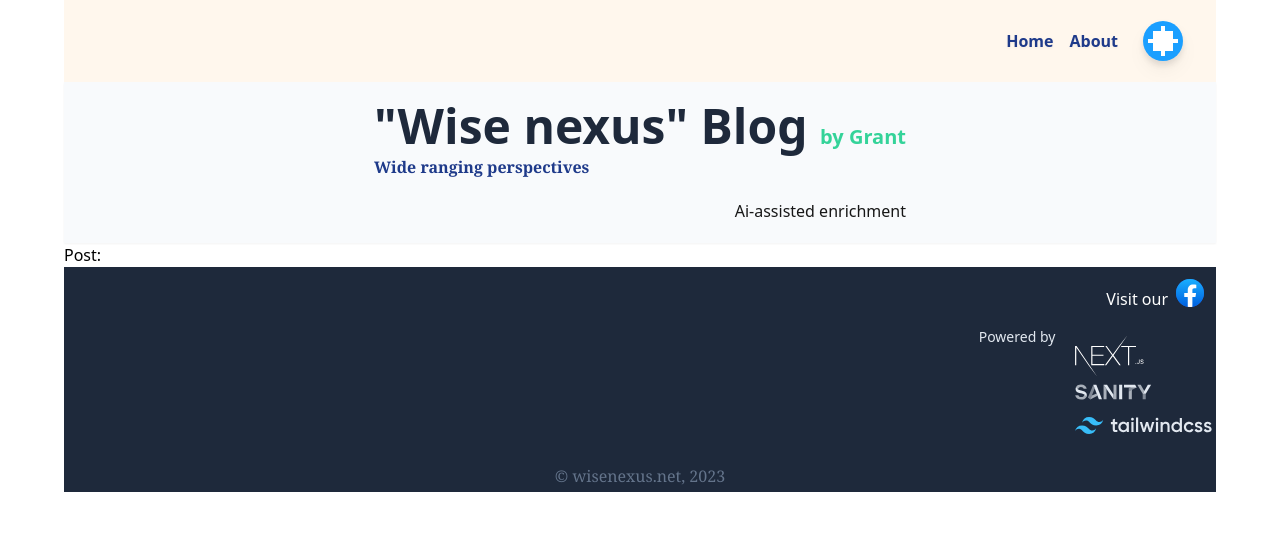
Repository: gpgundersen/sanity3-nextjs13-blog
Page: /post
The author's editor kept a copy of each file at every save. The page is drawn from the files as they stood at one save, then again after the next save.
The browser window is 1280 px wide. The pictures show the whole page.
The project was rebuilt for these pictures with package versions that can differ from the ones it lists, and the page was loaded fresh each time. The framework's server and built-in components were replaced by stand-ins that run in the browser. Also part of the build but not shown: next.config.js.

Above is the page before, as saved 2023-02-05 21:01:42.

### app/(user)/layout.tsx
import Header from "../../components/Header"
import Banner from "../../components/Banner"
import Footer from "../../components/Footer"
import "../../styles/globals.css";

export default function RootLayout({
  children,
}: {
  children: React.ReactNode
}): JSX.Element {
  return (
    <html>
      <head />
      <body className="max-w-6xl mx-auto">
        <Header />
        <Banner />
        {children}
        <Footer />
        </body>
    </html>
  )
}

### app/(user)/post/page.tsx
import { client } from "../../../lib/sanity.client"

type Props = {
    params: {
        slug: string;
    };
};

function Post({params:
    { slug } }: Props) {
        return <div>Post: {slug}</div>;
    }


export default Post;

### components/Header.tsx
import NexusLogo from "./NexusLogo"
import Link from "next/link"

function Header() {
    return (
        <header className="flex items-center justify-end space-x-1 font-bold px-7 py-4 bg-orange-50">
            <div className="flex items-center justify-end space-x-4 mx-4 text-blue-900 drop-shadow-sm">
            <div className="hover:text-blue-500"><Link href="/">Home</Link></div>
            <div className="hover:text-blue-500"><Link href="/about/wise-phil">About</Link></div>
            </div>
            <div className="drop-shadow-lg">
               <NexusLogo />
            </div>
        </header>
    )
}

export default Header

### components/Banner.tsx
function Banner() {
    return <div className="flex flex-wrap justify-around space-x-1 font-bold px-3 py-4 bg-slate-50 shadow-sm">
        <div className="p-1">
            <h1 className="text-justify text-5xl text-slate-800">"Wise nexus" Blog <span className=" text-xl text-emerald-400">by Grant</span></h1>
            <h2 className="mt-4 md:mt-1 text-blue-900 font-serif">Wide ranging perspectives</h2>
            <div className="flex justify-end">
            <p className="text-end mt-5 text-neutral-900 font-thin">Ai-assisted enrichment</p>
            </div>
        </div>
        </div>

}

export default Banner

### components/Footer.tsx
import FbIcon from "./FbIcon"
import NextJsIcon from "./NextJsIcon"
import SanityIcon from "./SanityIcon"
import TailwindIcon from "./TailwindIcon"

function Footer() {
    return <div className="bg-slate-800 text-slate-200">
      <div className="container flex flex-col p-1">
        <div className="flex justify-end p-2 mr-7ver">
            <p className="text-white m-2 font-light">Visit our</p><FbIcon />
        </div>
        <div className="flex flex-wrap justify-end space-x-5 space-y-2">
          <p className="text-sm">Powered by</p>
          <ul>
            <li><NextJsIcon /></li>
            <li><SanityIcon /></li>
            <li className="mt-2.5"><TailwindIcon /></li>
          </ul>
          </div>
       <h6 className="font-serif text-slate-500 text-center mt-6">© wisenexus.net, 2023</h6>
      </div>
    </div>
}

export default Footer

### components/NexusLogo.tsx
function NexusLogo(props: any) {
    const {renderDefault, title} = props;
    return <div className="flex items-center space-x-2">
        <svg width="50" height="50" viewBox="0 0 50 50">
            <circle cx="25" cy="25" r="20" fill="#1B9FFF"/>
            <rect x="15" y="15" width="20" height="20" fill="white"/>
            <path d="M 25 10 L 25 40" stroke="white" strokeWidth="4"/>
            <path d="M 10 25 L 40 25" stroke="white" strokeWidth="4"/>
        </svg>
        {renderDefault && <>{renderDefault(props)}</>}
    </div>;
}

export default NexusLogo

### components/FbIcon.tsx
function FbIcon() {
    return <button className="bg-blue-600 rounded-full w-7 h-full">
      <a target="_blank" href="https://www.facebook.com/wise.nexus" rel="noopener noreferrer">
        <svg className="fill-white" xmlns="http://www.w3.org/2000/svg" viewBox="0 0 40 40">
          <linearGradient xmlns="http://www.w3.org/2000/svg" id="a" x1="-277.375" x2="-277.375" y1="406.6018" y2="407.5726" gradientTransform="matrix(40 0 0 -39.7778 11115.001 16212.334)" gradientUnits="userSpaceOnUse">
            <stop offset="0" stopColor="#0062e0"/>
            <stop offset="1" stopColor="#19afff"/>
          </linearGradient>
            <path xmlns="http://www.w3.org/2000/svg" fill="url(#a)" d="M16.7 39.8C7.2 38.1 0 29.9 0 20 0 9 9 0 20 0s20 9 20 20c0 9.9-7.2 18.1-16.7 19.8l-1.1-.9h-4.4l-1.1.9z"/>
            <path xmlns="http://www.w3.org/2000/svg" fill="#fff" d="m27.8 25.6.9-5.6h-5.3v-3.9c0-1.6.6-2.8 3-2.8H29V8.2c-1.4-.2-3-.4-4.4-.4-4.6 0-7.8 2.8-7.8 7.8V20h-5v5.6h5v14.1c1.1.2 2.2.3 3.3.3 1.1 0 2.2-.1 3.3-.3V25.6h4.4z"/>
        </svg>
      </a>
    </button>
}

export default FbIcon

### components/NextJsIcon.tsx
function NextJsIcon() {
    return <button className="">
        <a target="_blank" href="https://nextjs.org/" rel="noopener noreferrer">
            <svg xmlns="http://www.w3.org/2000/svg" width="68.7px" height="41.35px" viewBox="0 0 207 124" fill="white">
            <path d="M48.9421964,32.6320058 L87.9011585,32.6320058 L87.9011585,35.7136421 L52.5134345,35.7136421 L52.5134345,58.9070103 L85.7908813,58.9070103 L85.7908813,61.9886466 L52.5134345,61.9886466 L52.5134345,87.4526941 L88.306981,87.4526941 L88.306981,90.5343303 L48.9421964,90.5343303 L48.9421964,32.6320058 Z M91.3912326,32.6320058 L95.5306221,32.6320058 L113.8738,58.0960534 L132.622801,32.6320058 L158.124498,0.286809811 L116.22757,60.7722112 L137.817329,90.5343303 L133.51561,90.5343303 L113.8738,63.4483691 L94.1508254,90.5343303 L89.9302715,90.5343303 L111.682358,60.7722112 L91.3912326,32.6320058 Z M139.359455,35.713642 L139.359455,32.6320058 L183.756439,32.6320058 L183.756439,35.7136421 L163.302983,35.7136421 L163.302983,90.5343303 L159.731745,90.5343303 L159.731745,35.7136421 L139.359455,35.713642 Z"/>
            <polygon points="0.202923647 32.6320058 4.66697141 32.6320058 66.2235778 124.303087 40.785176 90.5343303 3.93649086 37.0111732 3.77416185 90.5343303 0.202923647 90.5343303"/>
            <path d="M183.396622,86.5227221 C184.134938,86.5227221 184.673474,85.9601075 184.673474,85.233037 C184.673474,84.5059658 184.134938,83.9433513 183.396622,83.9433513 C182.666993,83.9433513 182.11977,84.5059658 182.11977,85.233037 C182.11977,85.9601075 182.666993,86.5227221 183.396622,86.5227221 Z M186.905793,83.1297235 C186.905793,85.2763149 188.460599,86.678523 190.727662,86.678523 C193.142388,86.678523 194.601647,85.233037 194.601647,82.7229099 L194.601647,73.8855335 L192.655968,73.8855335 L192.655968,82.7142542 C192.655968,84.1078073 191.952397,84.8521899 190.710289,84.8521899 C189.598473,84.8521899 188.842785,84.1597409 188.816727,83.1297235 L186.905793,83.1297235 Z M197.146664,83.0172011 C197.285642,85.2503478 199.153145,86.678523 201.932686,86.678523 C204.903321,86.678523 206.762139,85.1811034 206.762139,82.792155 C206.762139,80.9138876 205.702439,79.8752151 203.131364,79.2779777 L201.750279,78.9404092 C200.117298,78.5595622 199.457158,78.0488813 199.457158,77.1573541 C199.457158,76.0321243 200.482113,75.296398 202.019547,75.296398 C203.478806,75.296398 204.48639,76.0148135 204.668797,77.1660091 L206.562359,77.1660091 C206.44944,75.0626962 204.590622,73.5825873 202.045605,73.5825873 C199.309495,73.5825873 197.48542,75.0626962 197.48542,77.2871878 C197.48542,79.1221767 198.519063,80.2127835 200.786126,80.7407758 L202.401734,81.1302779 C204.060773,81.5197807 204.790402,82.091051 204.790402,83.0431676 C204.790402,84.1510859 203.643842,84.9560573 202.08035,84.9560573 C200.403939,84.9560573 199.240006,84.2030196 199.074971,83.0172011 L197.146664,83.0172011 Z"/>
            </svg>
        </a>
    </button>
}

export default NextJsIcon

### components/SanityIcon.tsx
function SanityIcon () {
    return <button className="">
        <a target="_blank" href="https://www.sanity.io/" rel="noopener noreferrer">
        <svg viewBox="0 0 105 22" fill="none" xmlns="http://www.w3.org/2000/svg" height="1em">
            <path opacity="0.7" d="M78.1793 7.99261V21.0028H73.9031V10.2138L78.1793 7.99261Z" fill="currentColor"></path>
            <path opacity="0.7" d="M20.9511 21.33L30.944 16.1051L29.7121 12.9141L23.1332 15.9821L20.9511 21.33Z" fill="currentColor"></path>
            <path opacity="0.5" d="M73.9031 10.2027L84.7443 4.65477L82.9126 1.5571L73.9031 5.95997V10.2027Z" fill="currentColor"></path>
            <path opacity="0.7" d="M43.3705 6.96233V21.0028H39.2927V1.00714L43.3705 6.96233Z" fill="currentColor"></path>
            <path opacity="0.5" d="M27.1299 6.18617L20.9511 21.33L17.7731 18.5943L25.1353 1.00714L27.1299 6.18617Z" fill="currentColor"></path>
            <path d="M25.1353 1.00714H29.3477L37.1386 21.0028H32.8269L25.1353 1.00714Z" fill="currentColor"></path>
            <path d="M44.0012 1.00714L52.9824 14.6682V21.0028L39.2927 1.00714H44.0012Z" fill="currentColor"></path>
            <path d="M64.9183 1.00714H60.6739V21.0063H64.9183V1.00714Z" fill="currentColor"></path>
            <path d="M73.9031 4.65474H67.37V1.00714H82.5867L84.7443 4.65474H78.1793H73.9031Z" fill="currentColor"></path>
            <path opacity="0.5" d="M97.2754 13.4153V21.0028H93.0629V13.4153" fill="currentColor"></path>
            <path d="M93.0629 13.4152L100.191 1.00714H104.666L97.2754 13.4152H93.0629Z" fill="currentColor"></path>
            <path opacity="0.7" d="M93.063 13.4152L85.7363 1.00714H90.3456L95.3092 9.51008L93.063 13.4152Z" fill="currentColor"></path>
            <path d="M1.96126 3.31479C1.96126 6.09921 3.71145 7.75595 7.21536 8.62956L10.9283 9.47533C14.2444 10.2236 16.2639 12.0822 16.2639 15.1103C16.2897 16.4295 15.8531 17.7173 15.0274 18.7579C15.0274 15.7368 13.4367 14.1044 9.59972 13.1229L5.95409 12.3085C3.03475 11.6541 0.781478 10.1262 0.781478 6.83709C0.766123 5.56693 1.18116 4.32781 1.96126 3.31479" fill="currentColor"></path>
            <path opacity="0.7" d="M52.9824 13.6415V1.00714H57.0602V21.0028H52.9824V13.6415Z" fill="currentColor"></path>
            <path opacity="0.7" d="M12.7458 14.3689C14.3294 15.3643 15.0238 16.7565 15.0238 18.7544C13.713 20.4041 11.4101 21.33 8.70333 21.33C4.14718 21.33 0.958577 19.1268 0.25 15.2982H4.62547C5.18878 17.0559 6.68034 17.8703 8.67144 17.8703C11.1019 17.8703 12.7174 16.5964 12.7493 14.3619" fill="currentColor"></path>
            <path opacity="0.7" d="M4.23567 7.44267C3.5125 7.02045 2.9192 6.41375 2.51873 5.68697C2.11827 4.96019 1.92558 4.14045 1.96113 3.31476C3.22594 1.67891 5.42608 0.679993 8.10804 0.679993C12.7492 0.679993 15.4347 3.08852 16.0972 6.47856H11.8883C11.4242 5.14203 10.2621 4.10136 8.14347 4.10136C5.87957 4.10136 4.33487 5.39611 4.24629 7.44267" fill="currentColor"></path>
        </svg>
        </a>
    </button>
}

export default SanityIcon

### components/TailwindIcon.tsx
function TailwindIcon() {
    return <button className="">
        <a target="_blank" href="https://tailwindcss.com/" rel="noopener noreferrer">
            <svg xmlns="http://www.w3.org/2000/svg" width="136.6.8" height="17.08" viewBox="0 0 512 64">
                <path d="M52.898 0C38.792 0 29.976 7.053 26.45 21.16c5.29-7.054 11.462-9.699 18.515-7.935 4.024 1.005 6.9 3.926 10.084 7.157 5.186 5.264 11.189 11.357 24.3 11.357 14.106 0 22.922-7.053 26.449-21.16-5.29 7.054-11.462 9.699-18.515 7.935-4.024-1.005-6.9-3.926-10.084-7.157C72.012 6.093 66.01 0 52.898 0zM26.45 31.739c-14.106 0-22.922 7.053-26.449 21.16 5.29-7.054 11.461-9.699 18.514-7.935 4.025 1.007 6.9 3.926 10.084 7.157 5.186 5.264 11.19 11.357 24.3 11.357 14.107 0 22.923-7.053 26.45-21.16-5.29 7.054-11.462 9.699-18.515 7.935-4.024-1.005-6.9-3.926-10.084-7.156-5.186-5.265-11.189-11.358-24.3-11.358z" fill="#38bdf8"/>
                <path d="M158.687 26.747h-9.231v17.868c0 4.765 3.126 4.69 9.231 4.392v7.222c-12.358 1.489-17.272-1.936-17.272-11.614V26.747h-6.85v-7.743h6.85v-10l8.04-2.382v12.382h9.232zm35.192-7.743h8.04V56.23h-8.04v-5.36c-2.83 3.945-7.222 6.328-13.03 6.328-10.124 0-18.537-8.562-18.537-19.58 0-11.093 8.413-19.58 18.538-19.58 5.807 0 10.2 2.382 13.029 6.253zM182.115 49.53c6.7 0 11.764-4.989 11.764-11.912s-5.063-11.912-11.764-11.912-11.763 4.988-11.763 11.912 5.063 11.912 11.763 11.912zm33.205-36.11c-2.83 0-5.137-2.383-5.137-5.138a5.147 5.147 0 0 1 5.137-5.137 5.147 5.147 0 0 1 5.137 5.137c0 2.755-2.308 5.138-5.137 5.138zm-4.02 42.808V19.004h8.04V56.23zm17.346 0V1.881h8.041v54.348zm60.23-37.225h8.487L285.675 56.23h-7.892l-7.743-25.09-7.817 25.09h-7.891l-11.689-37.225h8.487l7.222 25.685 7.817-25.685h7.668l7.743 25.685zm18.464-5.583c-2.83 0-5.137-2.383-5.137-5.138a5.147 5.147 0 0 1 5.137-5.137 5.147 5.147 0 0 1 5.137 5.137c0 2.755-2.308 5.138-5.137 5.138zm-4.02 42.808V19.004h8.04V56.23zm36.926-38.193c8.339 0 14.295 5.659 14.295 15.337v22.856h-8.04V34.192c0-5.658-3.277-8.636-8.34-8.636-5.285 0-9.454 3.127-9.454 10.72V56.23h-8.04V19.004h8.04v4.765c2.457-3.871 6.477-5.733 11.54-5.733zM392.66 4.114h8.04V56.23h-8.04v-5.36c-2.83 3.945-7.222 6.328-13.029 6.328-10.125 0-18.538-8.562-18.538-19.58 0-11.093 8.413-19.58 18.538-19.58 5.807 0 10.2 2.382 13.029 6.253zM380.896 49.53c6.7 0 11.763-4.989 11.763-11.912s-5.063-11.912-11.763-11.912-11.763 4.988-11.763 11.912 5.062 11.912 11.763 11.912zm46.754 7.668c-11.242 0-19.654-8.562-19.654-19.58 0-11.093 8.412-19.58 19.654-19.58 7.296 0 13.625 3.796 16.603 9.603l-6.924 4.02c-1.638-3.498-5.286-5.732-9.753-5.732-6.552 0-11.54 4.988-11.54 11.689s4.988 11.688 11.54 11.688c4.467 0 8.115-2.308 9.902-5.732l6.923 3.945c-3.126 5.882-9.455 9.679-16.75 9.679zm30.003-27.919c0 6.775 20.027 2.68 20.027 16.454 0 7.445-6.477 11.465-14.517 11.465-7.445 0-12.806-3.35-15.188-8.71l6.924-4.021c1.191 3.35 4.169 5.36 8.264 5.36 3.573 0 6.328-1.19 6.328-4.169 0-6.626-20.027-2.903-20.027-16.23 0-6.998 6.03-11.39 13.624-11.39 6.105 0 11.168 2.828 13.773 7.742l-6.774 3.797c-1.34-2.903-3.946-4.244-6.999-4.244-2.903 0-5.435 1.266-5.435 3.946zm34.322 0c0 6.775 20.027 2.68 20.027 16.454 0 7.445-6.477 11.465-14.518 11.465-7.445 0-12.805-3.35-15.188-8.71l6.924-4.021c1.191 3.35 4.17 5.36 8.264 5.36 3.574 0 6.328-1.19 6.328-4.169 0-6.626-20.027-2.903-20.027-16.23 0-6.998 6.03-11.39 13.625-11.39 6.104 0 11.167 2.828 13.773 7.742l-6.775 3.797c-1.34-2.903-3.946-4.244-6.998-4.244-2.904 0-5.435 1.266-5.435 3.946z" fill="currentColor"/>
            </svg>
        </a>
    </button>
}

export default TailwindIcon

Loaded but not shown: styles/globals.css (common file); tailwind.config.js (common file)

After the next save:
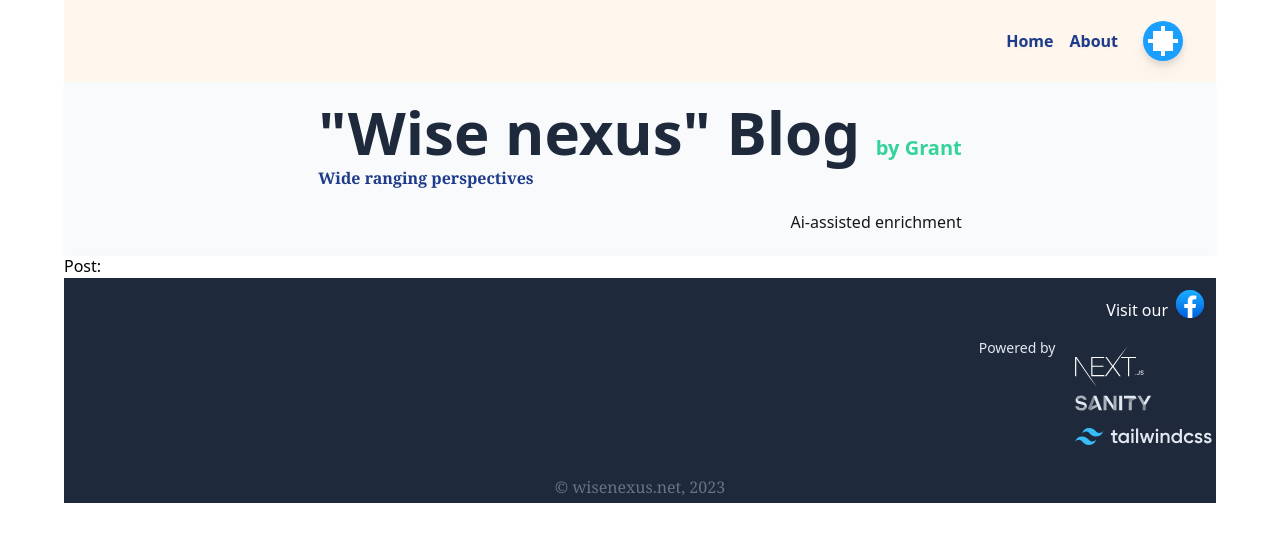
Saved 35 s later.
--- a/components/Banner.tsx
+++ b/components/Banner.tsx
@@ -1,7 +1,7 @@
 function Banner() {
     return <div className="flex flex-wrap justify-around space-x-1 font-bold px-3 py-4 bg-slate-50 shadow-sm">
         <div className="p-1">
-            <h1 className="text-justify text-5xl text-slate-800">"Wise nexus" Blog <span className=" text-xl text-emerald-400">by Grant</span></h1>
+            <h1 className="text-justify text-6xl text-slate-800">"Wise nexus" Blog <span className=" text-xl text-emerald-400">by Grant</span></h1>
             <h2 className="mt-4 md:mt-1 text-blue-900 font-serif">Wide ranging perspectives</h2>
             <div className="flex justify-end">
             <p className="text-end mt-5 text-neutral-900 font-thin">Ai-assisted enrichment</p>
